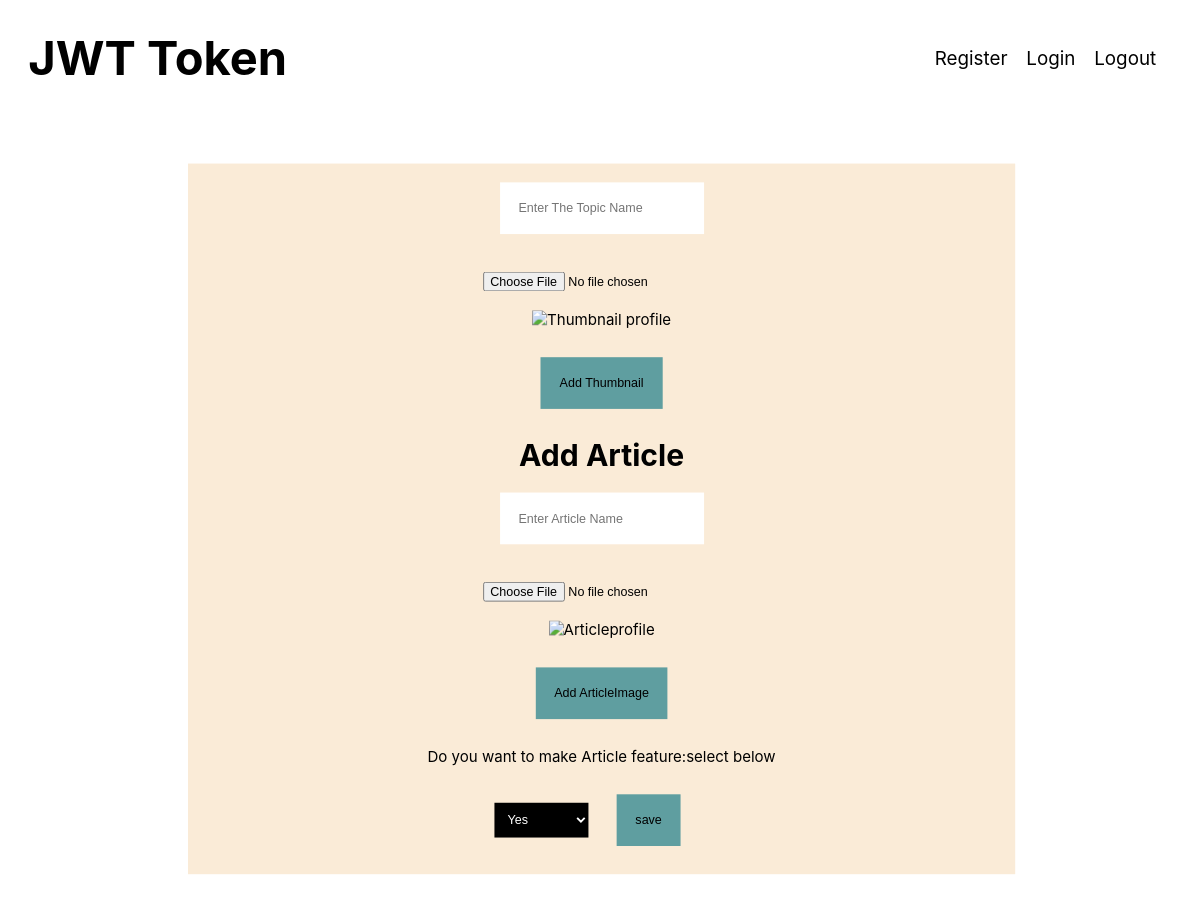
Repository: Prafullkuma/jwttoken
Page: /admin
The author's editor kept a copy of each file at every save. The page is drawn from the files as they stood at one save, then again after the next save.
The browser window is 1280 px wide. The pictures show the whole page, at 94% of full size.
The project was rebuilt for these pictures with package versions that can differ from the ones it lists, and the page was loaded fresh each time. Also part of the build but not shown: src/App.css, src/component/Auth/Signup.js, src/component/Auth/Signin.js, src/component/User/User.js, src/component/Home/Home.js, src/component/Auth/Logout.js.

Above is the page before, as saved 2020-08-22 22:12:31.

After the next save:
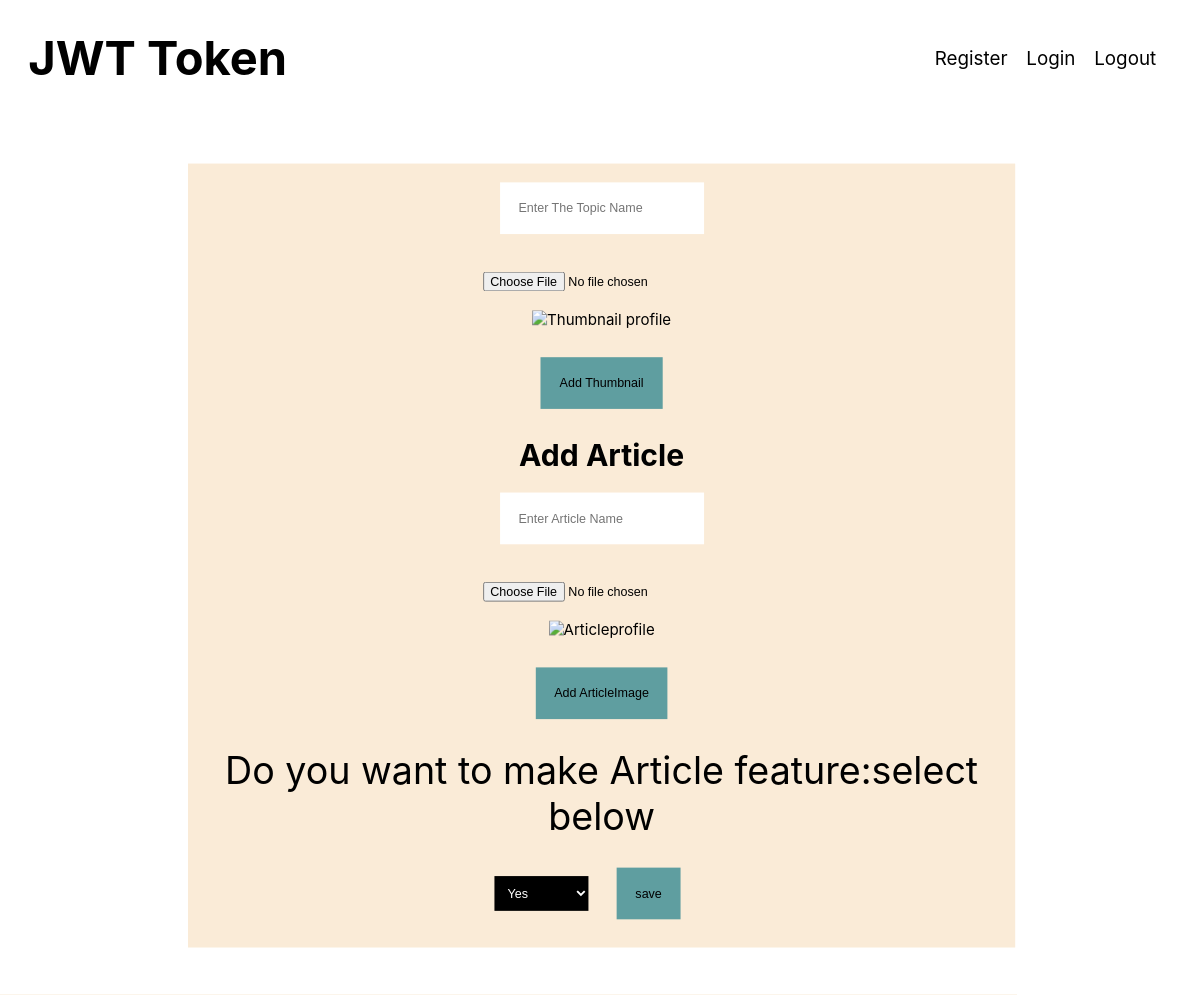
Saved 7 s later.
--- a/src/component/Admin/Dashboard.css
+++ b/src/component/Admin/Dashboard.css
@@ -19,7 +19,7 @@
     cursor: pointer;
 }
 .Dashboard span{
-
+    font-size: 40px;
 }
 .Dashboard select{
     padding: 10px;

After the save that followed:
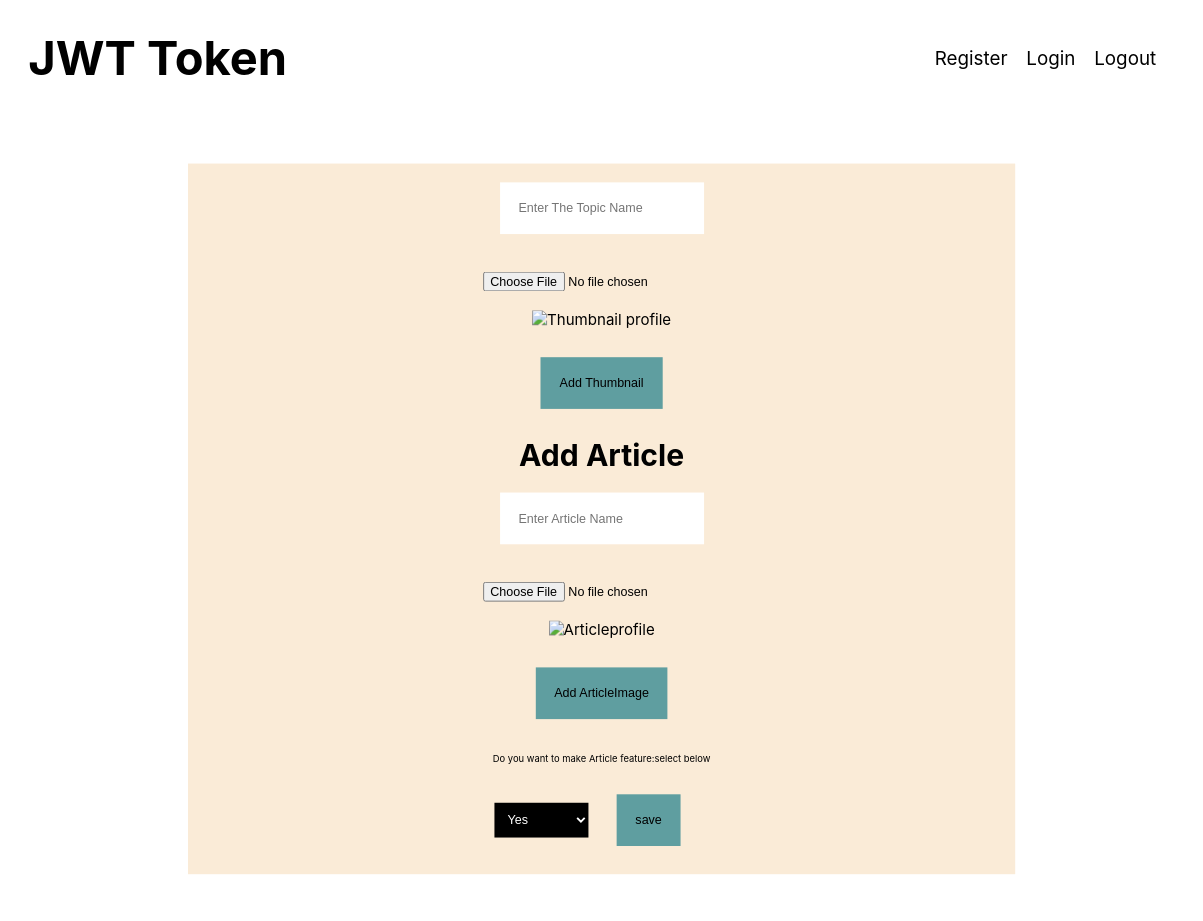
Saved 5 s later.
--- a/src/component/Admin/Dashboard.css
+++ b/src/component/Admin/Dashboard.css
@@ -19,7 +19,7 @@
     cursor: pointer;
 }
 .Dashboard span{
-    font-size: 40px;
+    font-size: 10px;
 }
 .Dashboard select{
     padding: 10px;
